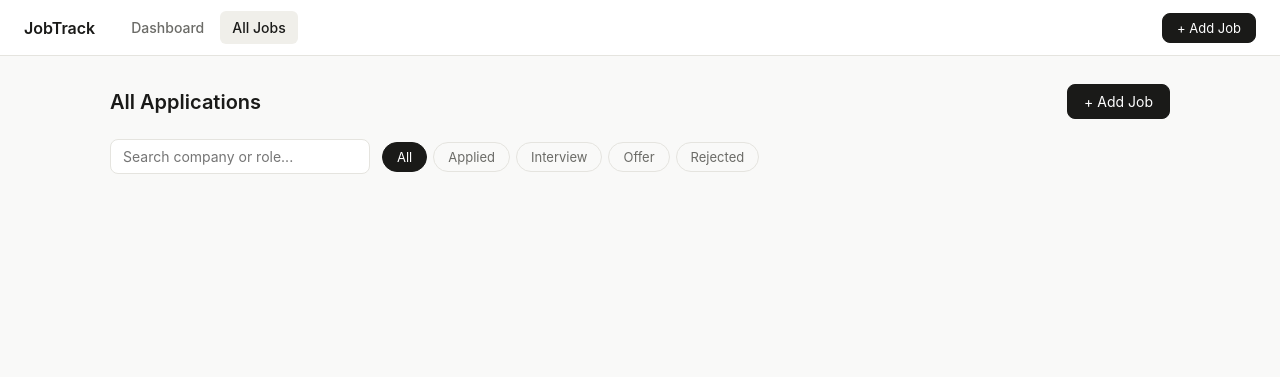
Repository: adtm0/jobtracker
Page: /jobs (app in frontend/)
An editor plug-in stored every save of this project. The page is shown before and after the next save, followed by the edit.
The browser window is 1280 px wide. The pictures show the whole page.
The project was rebuilt for these pictures with package versions that can differ from the ones it lists, and the page was loaded fresh each time. Also part of the build but not shown: frontend/vite.config.js, frontend/src/pages/Login.jsx, frontend/src/pages/Register.jsx, frontend/src/pages/Dashboard.jsx, frontend/src/pages/JobForm.jsx.

Above is the page before, as saved 2026-04-19 20:21:44.

After the next save:
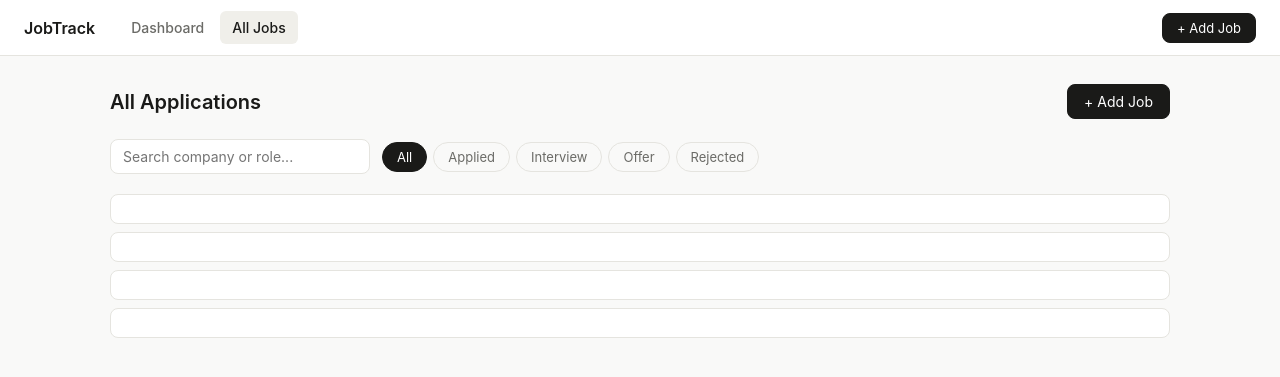
Saved 9 s later.
--- a/frontend/src/pages/Jobs.jsx
+++ b/frontend/src/pages/Jobs.jsx
@@ -127,7 +127,13 @@
               key={job.id}
               style={{
                 background: '#fff',
-
+                border: '1px solid #e5e4df',
+                borderRadius: 8,
+                padding: '14px 16px',
+                display: 'flex',
+                alignItems: 'center',
+                gap: 12,
+                cursor: 'pointer',
               }}
             >
 
